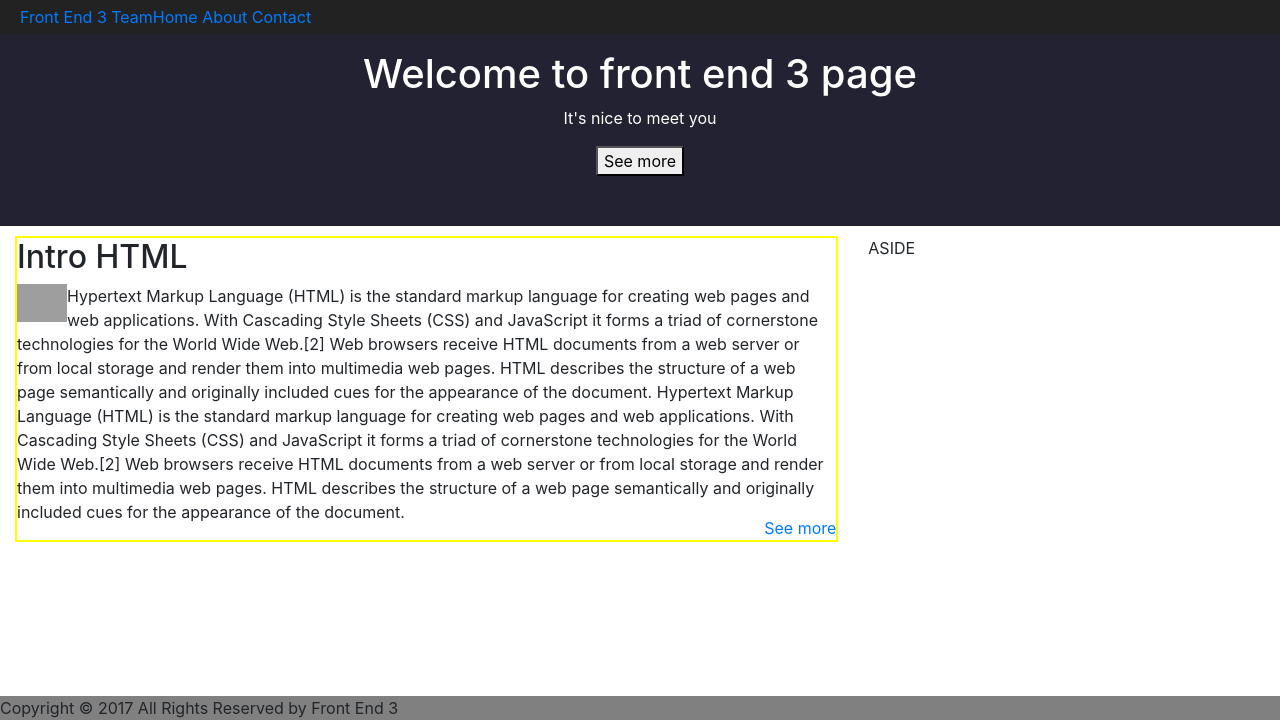
Repository: Toni95/workspace
Page: curs23-ResponsiveWebDesignBootstrap/index.html
The author's editor kept a record of every edit. The page is drawn from the files as they stood at one moment, then again after the next edit.
The browser window is 1280 px wide. The pictures show the whole page.
Pictures or frames that could not be fetched are drawn as grey boxes.

Above is the page before.

### curs23-ResponsiveWebDesignBootstrap/index.html
<!DOCTYPE html>
<html lang="en">
<head>
    <title>Responsive Layout</title>
    <meta name="viewport" content="width=device-width, initial-scale=1" />
    <link rel="stylesheet" href="https://maxcdn.bootstrapcdn.com/bootstrap/4.0.0/css/bootstrap.min.css" integrity="sha384-Gn5384xqQ1aoWXA+058RXPxPg6fy4IWvTNh0E263XmFcJlSAwiGgFAW/dAiS6JXm" crossorigin="anonymous">
    <link rel="stylesheet" href="css/style.css" type="text/css"/>
</head>
<body class="container-fluid">
    <nav class="row">
        <a href="#">Front End 3 Team</a>
        <div class="pull-right">
            <a href="index.html">Home</a>
            <a href="">About</a>
            <a href="">Contact</a>
        </div>
    </nav>
    <header>
        <h1>Welcome to front end 3 page</h1>
        <p>It's nice to meet you</p>
        <button>See more</button>
    </header>
    <main class="row">
        <section class="col-md-8">
            <article>
                <h2>Intro HTML</h2>

                <div class="clearfix">
                    <img alt="Intro HTML" class="pull-left" width="50" src="https://encrypted-tbn0.gstatic.com/images?q=tbn:ANd9GcRDqO_EcroliCp2gh_hH_P6Bk6E948LqlWFlrMqzK-3BAdFOb4xXw"></img>
                    <p>
                        Hypertext Markup Language (HTML) is the standard markup language for creating web pages and web applications. With Cascading Style Sheets (CSS) and JavaScript it forms a triad of cornerstone technologies for the World Wide Web.[2] Web browsers receive HTML documents from a web server or from local storage and render them into multimedia web pages. HTML describes the structure of a web page semantically and originally included cues for the appearance of the document. Hypertext Markup Language (HTML) is the standard markup language for creating web pages and web applications. With Cascading Style Sheets (CSS) and JavaScript it forms a triad of cornerstone technologies for the World Wide Web.[2] Web browsers receive HTML documents from a web server or from local storage and render them into multimedia web pages. HTML describes the structure of a web page semantically and originally included cues for the appearance of the document.
                    </p>
                <!--clearfix-->
                </div>

                <a href="">See more</a>
                <!--::after-->
            </article>

        </section>
        <aside class="col-xl-4">ASIDE</aside>
    </main>
    <footer class="row">Copyright &copy; 2017 All Rights Reserved by Front End 3</footer>
</body>
</html>

### curs23-ResponsiveWebDesignBootstrap/css/style.css
* {
    margin: 0;
    box-sizing: border-box;
}
html {
    position: relative;
    min-height: 100%;
}
body {
    margin-bottom: 50px;
}
.pull-left {
    float: left;
}
.pull-right {
    float: right
}
.clearfix::after{
    clear: both;
    display: block;
    content: ' ';
}

nav {
    background-color: #222;
    padding: 5px 20px;
    position: fixed;
    z-index: 1;
    width: 100%;
}
header {
    background-color: #223;
    text-align: center;
    padding-top: 50px;
    padding-bottom: 50px;
    color: white;
    margin: 0 -15px;
}
main {
    /*width: 960px;*/
    width: auto;
    margin: 10px auto;
}
section {
    /*width: 600px;*/
    width: auto;
}

@media (min-width: 768px) {
    section {
        width: 70%;
    }
}

@media (min-width: 1024px) {
    section {
        width: 95%;
    }
}


article {
    border: solid 2px yellow;
    position: relative;
}

article a {
    position: absolute;
    right: 0;
    bottom: 0;
}

@media (min-width: 768px) {
    aside {
        width: 30%;
    }
}

@media (min-width: 1024px) {
    aside {
        width: 5%;
    }
}

footer {
    position: absolute;
    bottom: 0;
    background-color: gray;
    width: 100%;
}

After the next edit:
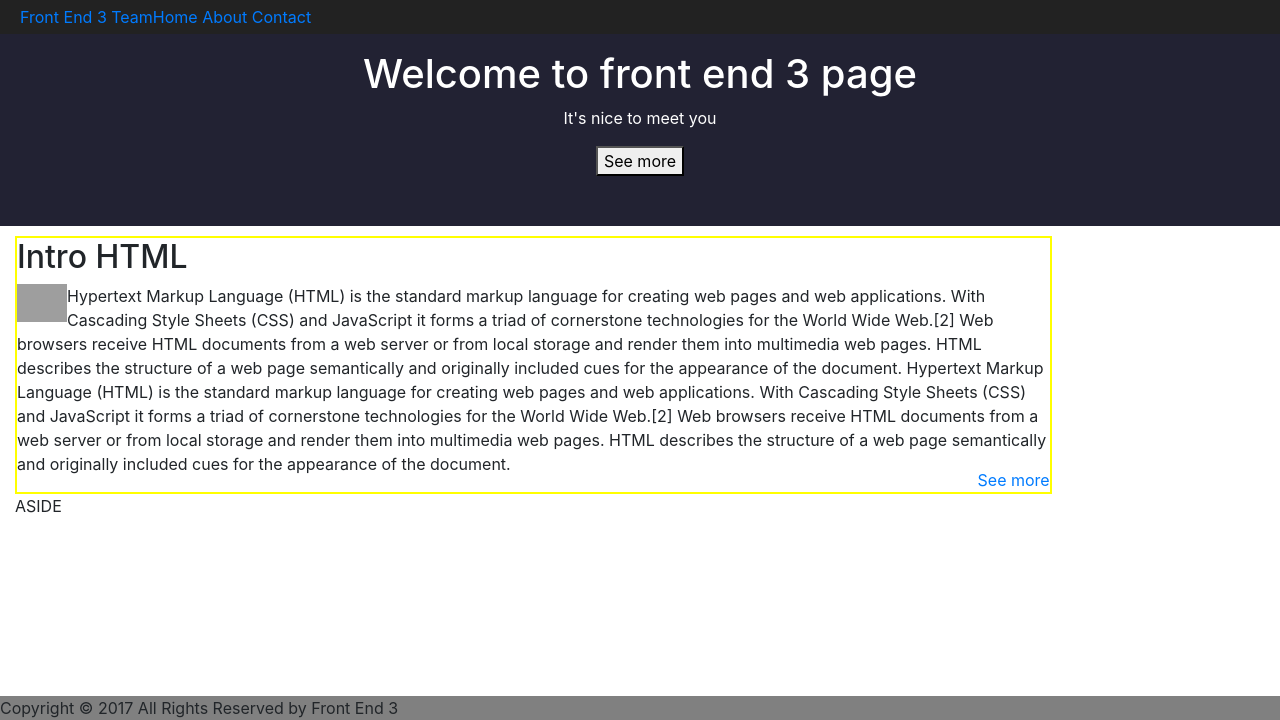
The edit:
--- a/curs23-ResponsiveWebDesignBootstrap/index.html
+++ b/curs23-ResponsiveWebDesignBootstrap/index.html
@@ -21,7 +21,7 @@
         <button>See more</button>
     </header>
     <main class="row">
-        <section class="col-md-8">
+        <section class="col-md-8 col-xl-10">
             <article>
                 <h2>Intro HTML</h2>
 
